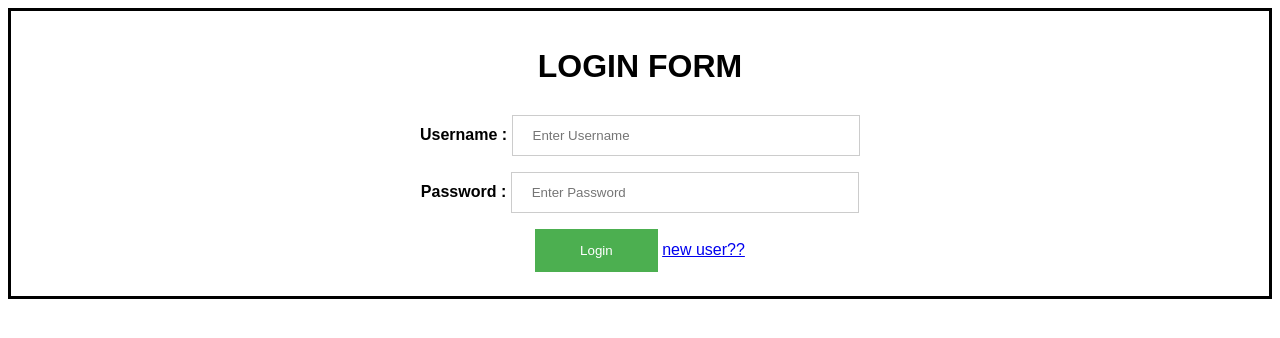
Repository: mugdha97/JSPServlet
Page: http://localhost/com.bridgelabz.loginRegister/login.jsp
An editor plug-in stored every save of this project. The page is shown before and after the next save, followed by the edit.
The browser window is 1280 px wide. The pictures show the whole page.
The page is served by Tomcat 9.

Above is the page before, as saved 2019-10-19 05:15:58.

After the next save:
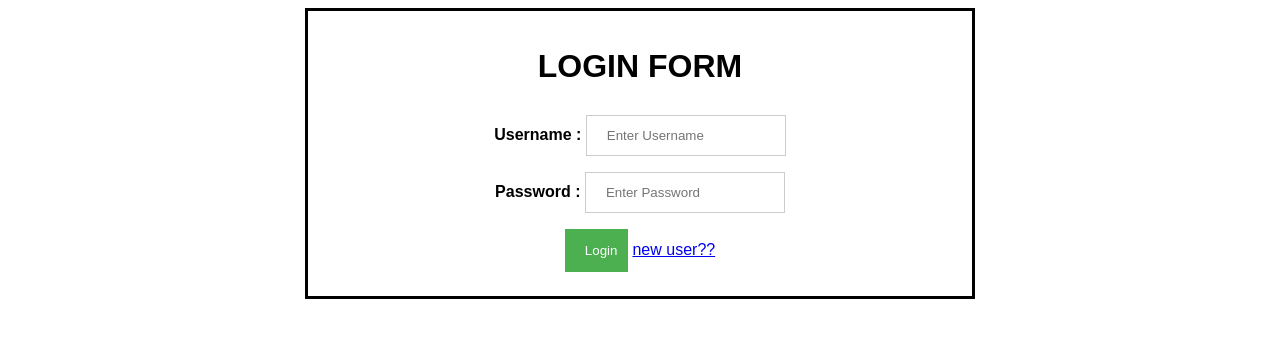
Saved 63 s later.
--- a/com.bridgelabz.loginRegister/WebContent/login.css
+++ b/com.bridgelabz.loginRegister/WebContent/login.css
@@ -30,7 +30,8 @@ button:hover {
 
 .container {
   padding: 16px;
- border-style: solid
+ border-style: solid;
+ width:50%;
 }
 
 span.psw {
